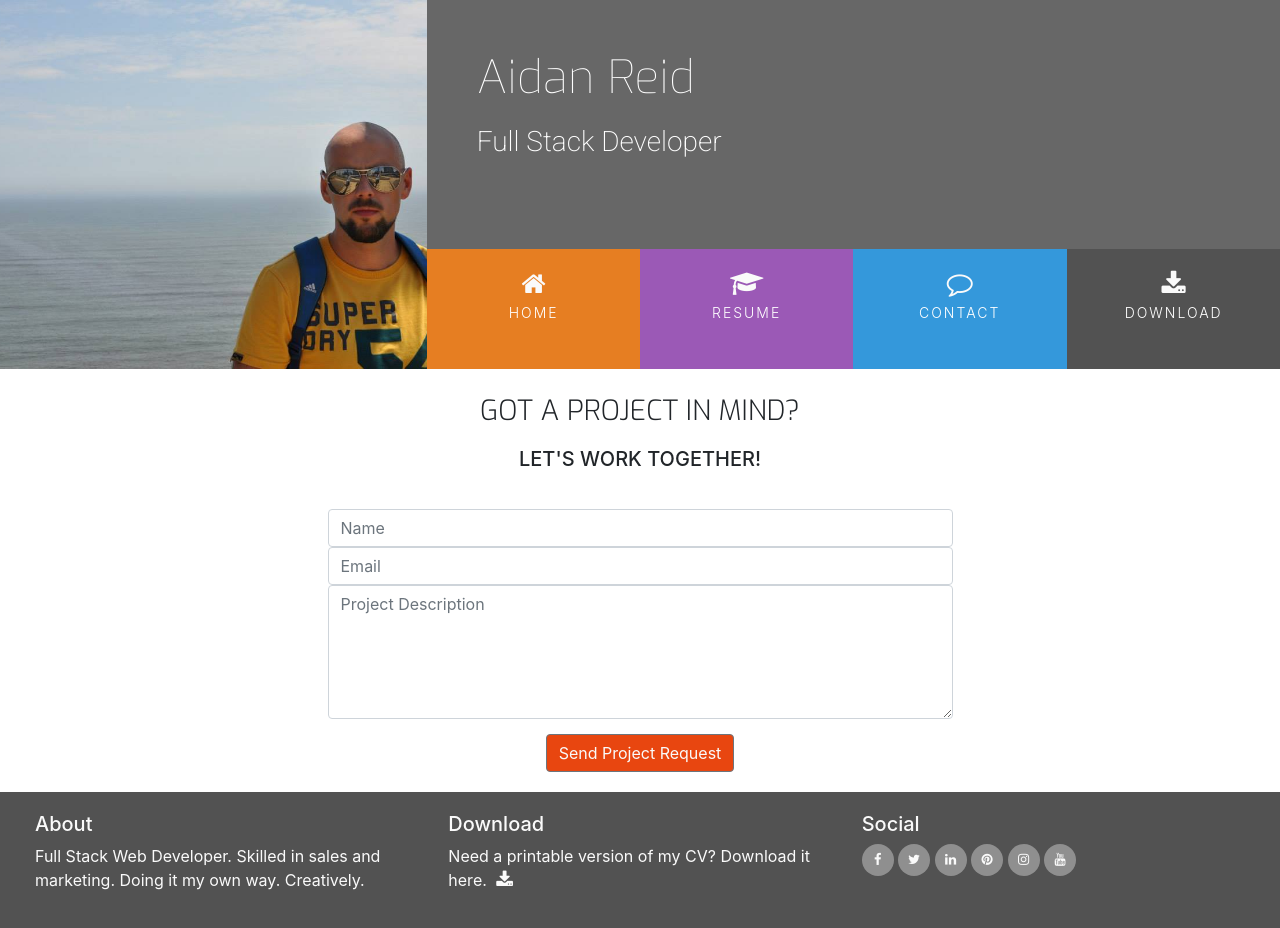
Repository: AidanJReid/Resume
Page: contact.html
The author's editor kept a record of every edit. The page is drawn from the files as they stood at one moment, then again after the next edit.
The browser window is 1280 px wide. The pictures show the whole page.

Above is the page before.

### contact.html
<!DOCTYPE html>
<html lang="en">
<head>
    <meta charset="UTF-8">
    <meta name="viewport" content="width=device-width, initial-scale=1.0">
    <meta http-equiv="X-UA-Compatible" content="ie=edge">
    <link rel="stylesheet" href="https://stackpath.bootstrapcdn.com/bootstrap/4.3.1/css/bootstrap.min.css" type="text/css" />
    <link rel="stylesheet" href="https://stackpath.bootstrapcdn.com/font-awesome/4.7.0/css/font-awesome.min.css" type="text/css" />
    <link rel="stylesheet" href="https://cdnjs.cloudflare.com/ajax/libs/hover.css/2.3.1/css/hover-min.css" type="text/css" />
    <link rel="stylesheet" href="assets/css/style.css" type="text/css" />
    <title>Aidan</title>
</head>
<body>
    <header>
        <div class="row no-gutters">
            <a href="index.html" class="col-md-4 logo">

            </a>
            <div class="col-md-8">
                <div class="row no-gutters bg-color-name-title">
                    <div class="col heading">
                        <h1 class="name">Aidan Reid</h1>
                        <h2 class="title">Full Stack Developer</h2>
                    </div>
                </div>
                <div class="row no-gutters">
                    <div class="col">
                        <ul id="nav" class="list-inline menucontainer">
                            <li class="col-6 col-sm-3 ui-menu-color-home list-inline-item menuitem">
                                <a href="index.html" class="hvr-sweep-to-bottom">
                                    <i class="fa fa-home" aria-hidden="true"></i>
                                    <span>Home</span>
                                </a>
                            </li>
                            <li class="col-6 col-sm-3 ui-menu-color-resume list-inline-item menuitem">
                                <a href="resume.html" class="hvr-sweep-to-bottom">
                                    <i class="fa fa-graduation-cap" aria-hidden="true"></i>
                                    <span>Resume</span>
                                </a>
                            </li>
                            <li class="col-6 col-sm-3 ui-menu-color-contact list-inline-item menuitem">
                                <a href="contact.html" class="hvr-sweep-to-bottom">
                                    <i class="fa fa-comment-o" aria-hidden="true"></i>
                                    <span>Contact</span>
                                </a>
                            </li>
                            <li class="col-6 col-sm-3 ui-menu-color-download list-inline-item menuitem">
                                <a href="assets/CV/19AidReidCV.docx" target="_blank" class="hvr-sweep-to-bottom">
                                    <i class="fa fa-download" aria-hidden="true"></i>
                                    <span>Download</span>
                                </a>
                            </li>
                        </ul>
                    </div>
                </div>
            </div>
        </div>
    </header>
    <section class="container-fluid">
        <div class="row bg-color-contact">
            <div class="col">
                <h3 class="contact-heading uppercase text-center">Got a project in mind?</h3>
                <h5 class="uppercase text-center">Let's work together!</h5>

                <div class="center-form">
                    <form>
                        <input type="text" name="name" id="fullname" class="form-control" placeholder="Name" required />
                        <input type="email" name="email" id="emailaddress" class="form-control" placeholder="Email" required />
                        <textarea rows="5" name="projectsummary" id="projectsummary" class="form-control" placeholder="Project Description" required /></textarea>
                        <div class="form-row text-center">
                            <div class="col">
                                <button type="submit" class="btn btn-secondary">Send Project Request</button>
                            </div>
                        </div>
                    </form>
                </div>
            </div>
        </div>

    </section>
    <footer class="container-fluid">
        <div id="footer-details" class="row">
            <div class="col-sm-4">
                <h5 class="uppercase-general-sub">About</h5>
                <p class="inline-block">
                    Full Stack Web Developer. Skilled in sales and marketing.
                    Doing it my own way. Creatively.
                </p>
            </div>
            <div class="col-sm-4">
                <h5 class="uppercase-general-sub">Download</h5>
                <p class="inline-block">
                    Need a printable version of my CV? Download it here.
                    <a href="assets/CV/19AidReidCV.docx" target="_blank" class="cv-pdf">
                        <i class="fa fa-download" aria-hidden="true"></i>
                        <span class="sr-only">Download link.</span>
                    </a>
                </p>
            </div>
            <div class="col-sm-4">
                <h5 class="uppercase-general-sub">Social</h5>
                <ul class="list-inline social-links">
                    <li class="list-inline-item">
                        <a target="_blank" href="#">
                            <i class="fa fa-facebook" aria-hidden="true"></i>
                            <span class="sr-only">Facebook</span>
                        </a>
                    </li>
                    <li class="list-inline-item">
                        <a target="_blank" href="#">
                            <i class="fa fa-twitter" aria-hidden="true"></i>
                            <span class="sr-only">Twitter</span>
                        </a>
                    </li>
                    <li class="list-inline-item">
                        <a target="_blank" href="#">
                            <i class="fa fa-linkedin" aria-hidden="true"></i>
                            <span class="sr-only">Linkedin</span>
                        </a>
                    </li>
                    <li class="list-inline-item">
                        <a target="_blank" href="#">
                            <i class="fa fa-pinterest" aria-hidden="true"></i>
                            <span class="sr-only">Pinterest</span>
                        </a>
                    </li>
                    <li class="list-inline-item">
                        <a target="_blank" href="#">
                            <i class="fa fa-instagram" aria-hidden="true"></i>
                            <span class="sr-only">Instagram</span>
                        </a>
                    </li>
                    <li class="list-inline-item">
                        <a target="_blank" href="#">
                            <i class="fa fa-youtube" aria-hidden="true"></i>
                            <span class="sr-only">Youtube</span>
                        </a>
                    </li>
                </ul>
            </div>
        </div>

    </footer>

</body>
</html>

### assets/css/style.css
@import url('https://fonts.googleapis.com/css?family=Roboto:100,200,300,400,500,600,700|Exo:100,200,300,400,500,600,700');

/* -----------------------------------Colours */

.bg-color-name-title {
    background-color: #676767;
}

.bg-color-three-reasons {
    background-color: #fff;
}

.bg-color-personal-info {
    background-color: #f4f4f4;
}

.bg-color-work-history {
    background-color: #9b59b6;
}

.bg-color-contact {
    background-color: #fff;
}

.ui-menu-color-home {
    background-color: #e67e22;
}

.ui-menu-color-resume {
    background-color: #9b59b6;
}

.ui-menu-color-contact {
    background-color: #3498db;
}

.ui-menu-color-download {
    background-color: #525252;
}



/* -----------------------------------Special paddings/margins/text */

h1,
h2,
h3,
h4 {
    margin: 0;
}

.uppercase {
    text-transform: uppercase;
}

.general-sub {
    font-family: "Exo", sans-serif;
    font-weight: 300;
    color: #fafafa;
}

.inline-block {
    display: inline-block;
}

.row-table {
    display: table;
}

.section-column {
    display: table-cell;
    padding: 0 30px 30px;
    float: none;
}

.history-heading,
.section-heading {
    font-family: "Exo", sans-serif;
    font-weight: 300;
    margin-top: 25px;
    margin-bottom: 40px;
}

/* -----------------------------------Heading */

header {
    margin: 0;
}

.heading {
    margin-left: 50px;
}

.logo {
    background: url("../images/AJ.jpg");
    background-position: center;
    background-repeat: no-repeat;
    background-size: cover;
    min-height: 360px;
    transition: all .5s ease-in-out;
    -moz-transition: all .5s ease-in-out;
    -webkit-transition: all .5s ease-in-out;
}

.name {
    font-family: "Exo", sans-serif;
    font-weight: 100;
    font-size: 46px;
    margin-top: 50px;
    color: #fff;
}

.title {
    font-family: "Roboto", sans-serif;
    font-weight: 200;
    font-size: 28px;
    margin-top: 20px;
    margin-bottom: 90px;
    color: #fff;
}



.list-inline-item:not(:last-child) {
    margin: 0;
}

.menucontainer {
    font-size: 0;
}

#nav {
    margin: 0;
}

#nav li {
    font-size: 14px;
    padding: 0;
}

.menuitem {
    height: 120px;
    text-align: center;
    padding: 0;
}

.menuitem a {
    width: 100%;
    text-decoration: none;
    color: #fff;
    height: 120px;
}

.menuitem a i {
    padding-top: 22px;
    display: block;
    color: #fafafa;
    font-size: 26px;
}

.menuitem span {
    display: block;
    width: 100%;
    padding-top: 5px;
    text-align: center;
    text-transform: uppercase;
    font-size: 14px;
    font-weight: 300;
    letter-spacing: 2px;
}

/* -----------------------------------Hover.css */

.hvr-sweep-to-bottom:before {
    background: rgba(0, 0, 0, 0.2);
    height: 120px;
}

/* -----------------------------------Footer */

footer {
    background-color: #525252;
    color: #fafafa;
    min-height: 120px;
    margin: 0;
}

.cv-pdf i {
    font-size: 18px;
    color: #fafafa;
    text-align: center;
    padding-left: 5px;
    transition: all 0.35s ease-in-out;
    -moz-transition: all 0.35s ease-in-out;
    -webkit-transition: all 0.35s ease-in-out;
    -o-transition: all 0.35s ease-in-out;
}

.cv-pdf i:hover {
    color: #e84610;
}

.social-links {
    padding-bottom: 15px;
}

.social-links li a i {
    width: 32px;
    height: 32px;
    padding: 12px 0;
    border-radius: 50%;
    font-size: 13px;
    line-height: 7px;
    text-align: center;
    color: #fafafa;
    background: #8f8f8f;
    transition: all 0.35s ease-in-out;
    -moz-transition: all 0.35s ease-in-out;
    -webkit-transition: all 0.35s ease-in-out;
    -o-transition: all 0.35s ease-in-out;
}

.social-links li a i:hover {
    background: #e84610;
}

#footer-details {
    padding: 20px;
}

/* -----------------------------------3 reasons */

.three-reasons-icon {
    font-size: 26px;
    color: #e67e22;
}

.three-reasons-heading {
    margin-bottom: 15px;
}

/* -----------------------------------Personal Info */

.personal-info-item {
    margin-bottom: 20px;
    display: block;
    clear: both;
}

.personal-info-item .key,
.personal-info-item .value {
    padding-right: 8px;
    display: inline-block;
}

.personal-info-item .key p,
.personal-info-item .value p {
    margin: 0;
}

.personal-info-item .key {
    width: 30%;
    margin-right: 21px;
    padding-top: 2px;
    vertical-align: top;
}

.personal-info-item .key p {
    font-weight: 700;
}

.personal-info-item .value {
    position: relative;
    width: 60%;
}

/* -----------------------------------Skills */

.progress {
    position: relative;
    height: 25px;
    margin-bottom: 4px;
}

.progress-type {
    position: absolute;
    left: 0px;
    font-weight: 400;
    padding: 3px 30px 2px 10px;
    color: #fafafa;
    background-color: rgba(25, 25, 25, 0.2);
}

.progress-section {
    margin: 40px 20px;
}

/* -----------------------------------Work History */

.history-heading {
    color: #fafafa;
    margin-bottom: 50px;
}

.timeline-item {
    padding: 4em 2em 0em 2em;
    position: relative;
    color: #fafafa;
    border-left: 1px solid;
}

.timeline-item p {
    padding: 0;
    margin: 0;
}

.timeline-item:before {
    content: attr(data-dates);
    position: absolute;
    left: 2.5em;
    top: 3em;
    display: block;
    font-family: "Exo", sans-serif;
    font-weight: 500;
    font-size: 0.8em;
    padding: 0;
    margin: 0;
}

.timeline-item:after {
    width: 12px;
    height: 12px;
    display: block;
    top: 2.4em;
    position: absolute;
    left: -6px;
    border-radius: 12px;
    content: '';
    background: #fafafa;
}

.history-items {
    margin-bottom: 30px;
}

/* -----------------------------------Contact Form */

.contact-heading {
    font-family: "Exo", sans-serif;
    font-weight: 300;
    margin-top: 25px;
    margin-bottom: 20px;
}

.center-form {
    padding-top: 10px;
    margin: 0 auto;
    max-width: 70%;
}

button[type="submit"] {
    margin-top: 15px;
    margin-bottom: 20px;
    color: #fafafa;
    background-color: #e84610;
}

/* -----------------------------------Media Queries */

@media(min-width: 992px) {
    .center-form {
        padding-top: 30px;
        min-height: 240px;
        margin: 0 auto;
        max-width: 50%;
    }
}

After the next edit:
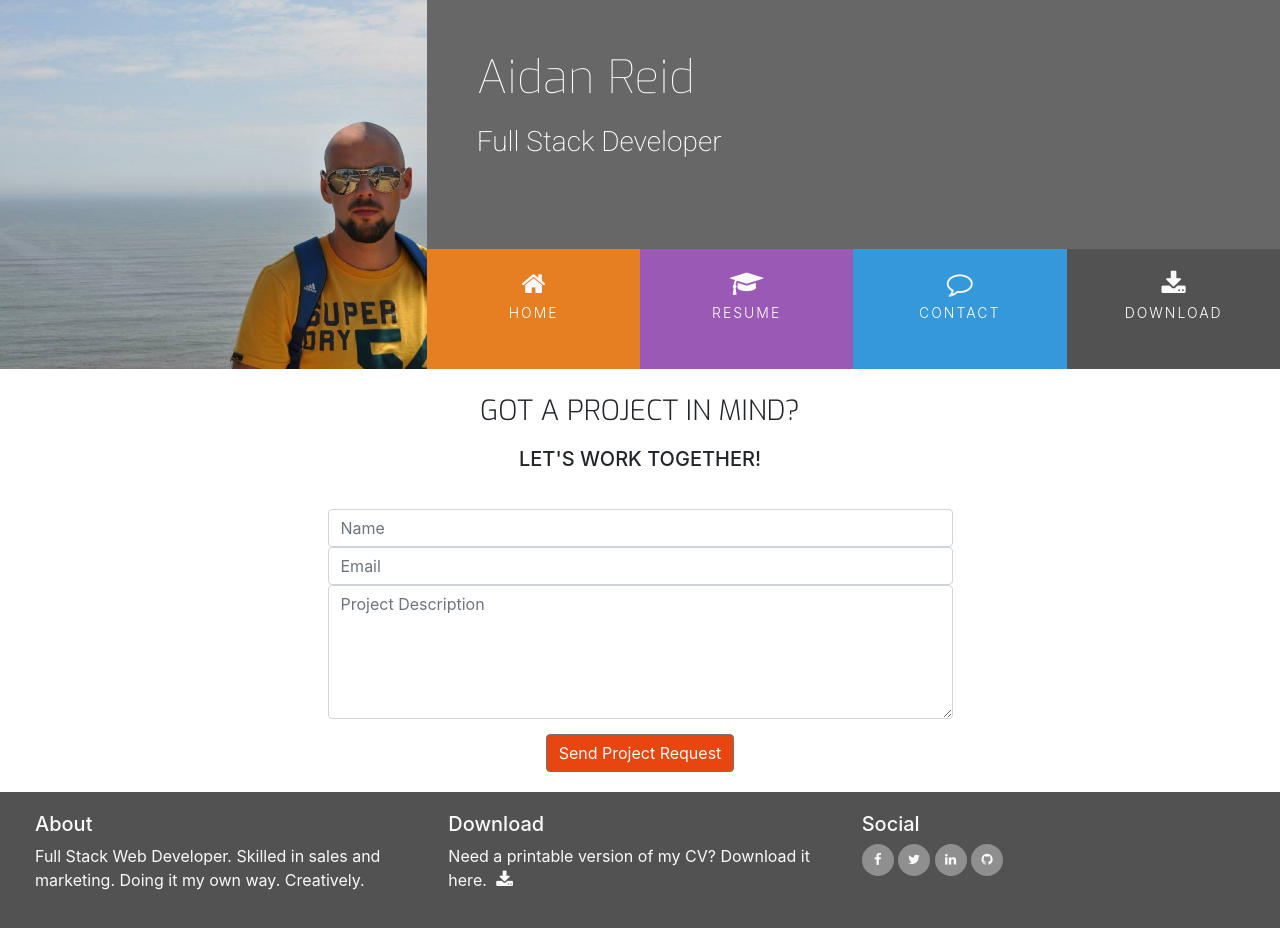
The edit:
--- a/contact.html
+++ b/contact.html
@@ -1,5 +1,6 @@
 <!DOCTYPE html>
 <html lang="en">
+
 <head>
     <meta charset="UTF-8">
     <meta name="viewport" content="width=device-width, initial-scale=1.0">
@@ -10,6 +11,7 @@
     <link rel="stylesheet" href="assets/css/style.css" type="text/css" />
     <title>Aidan</title>
 </head>
+
 <body>
     <header>
         <div class="row no-gutters">
@@ -83,8 +85,7 @@
             <div class="col-sm-4">
                 <h5 class="uppercase-general-sub">About</h5>
                 <p class="inline-block">
-                    Full Stack Web Developer. Skilled in sales and marketing.
-                    Doing it my own way. Creatively.
+                    Full Stack Web Developer. Skilled in sales and marketing. Doing it my own way. Creatively.
                 </p>
             </div>
             <div class="col-sm-4">
@@ -101,39 +102,27 @@
                 <h5 class="uppercase-general-sub">Social</h5>
                 <ul class="list-inline social-links">
                     <li class="list-inline-item">
-                        <a target="_blank" href="#">
+                        <a href="https://www.facebook.com/aidanjreidauthor/" target="_blank">
                             <i class="fa fa-facebook" aria-hidden="true"></i>
                             <span class="sr-only">Facebook</span>
                         </a>
                     </li>
                     <li class="list-inline-item">
-                        <a target="_blank" href="#">
+                        <a href="https://twitter.com/AidanJReid" target="_blank">
                             <i class="fa fa-twitter" aria-hidden="true"></i>
                             <span class="sr-only">Twitter</span>
                         </a>
                     </li>
                     <li class="list-inline-item">
-                        <a target="_blank" href="#">
+                        <a href="https://www.linkedin.com/in/aidanreid/" target="_blank">
                             <i class="fa fa-linkedin" aria-hidden="true"></i>
                             <span class="sr-only">Linkedin</span>
                         </a>
                     </li>
                     <li class="list-inline-item">
-                        <a target="_blank" href="#">
-                            <i class="fa fa-pinterest" aria-hidden="true"></i>
-                            <span class="sr-only">Pinterest</span>
-                        </a>
-                    </li>
-                    <li class="list-inline-item">
-                        <a target="_blank" href="#">
-                            <i class="fa fa-instagram" aria-hidden="true"></i>
-                            <span class="sr-only">Instagram</span>
-                        </a>
-                    </li>
-                    <li class="list-inline-item">
-                        <a target="_blank" href="#">
-                            <i class="fa fa-youtube" aria-hidden="true"></i>
-                            <span class="sr-only">Youtube</span>
+                        <a href="https://github.com/AidanJReid" target="_blank">
+                            <i class="fa fa-github" aria-hidden="true"></i>
+                            <span class="sr-only">Github</span>
                         </a>
                     </li>
                 </ul>
@@ -143,4 +132,5 @@
     </footer>
 
 </body>
+
 </html>
